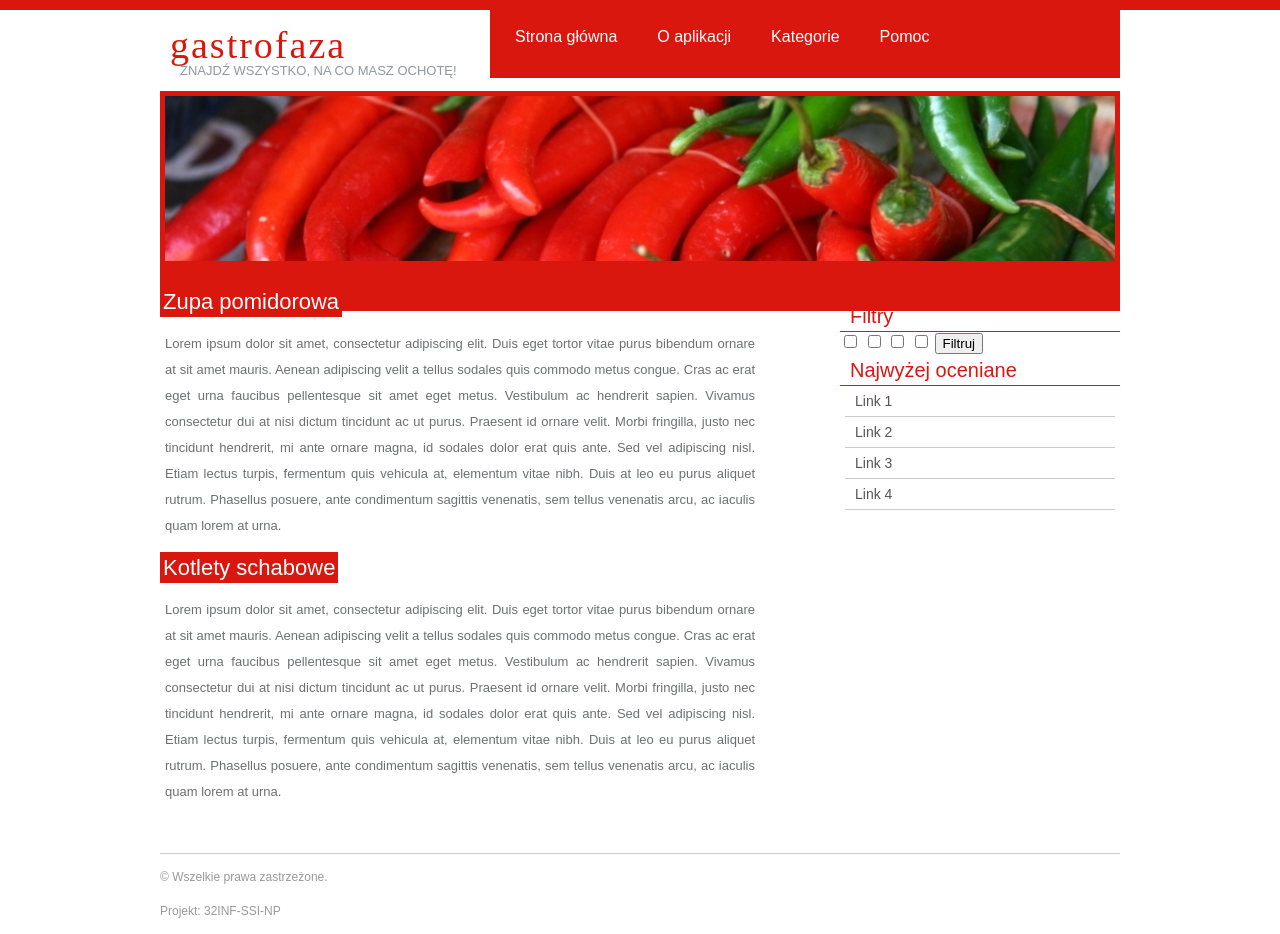
Repository: Michals1988/GroupProject
Page: index.html
The author's editor kept a copy of each file at every save. The page is drawn from the files as they stood at one save, then again after the next save.
The browser window is 1280 px wide. The pictures show the whole page.

Above is the page before, as saved 2020-10-25 17:22:47.

After the next save:
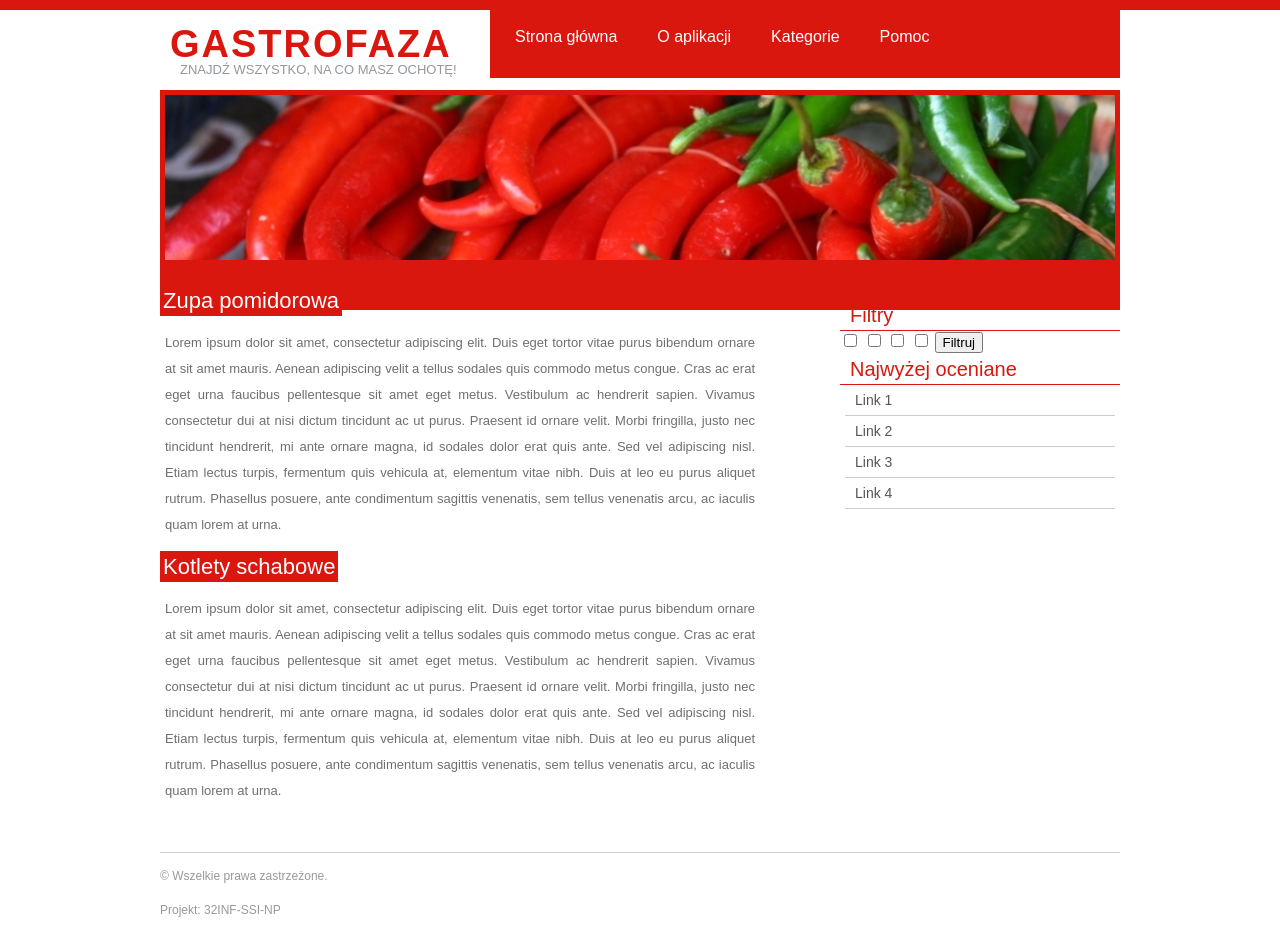
Saved 75 s later.
--- a/css/style.css
+++ b/css/style.css
@@ -35,11 +35,11 @@ a:hover {
 
 #logo h1 {
 	font-size: 38px;
-	font-weight: normal;
-	text-transform: lowercase;
+	font-weight: bold;
+	text-transform: uppercase;
 	letter-spacing: 2px;
 	color: #d9170e;
-	font-family: "Times New Roman", Times, serif;
+	font-family: Arial, Helvetica, sans-serif;
 }
 
 #logo p {
